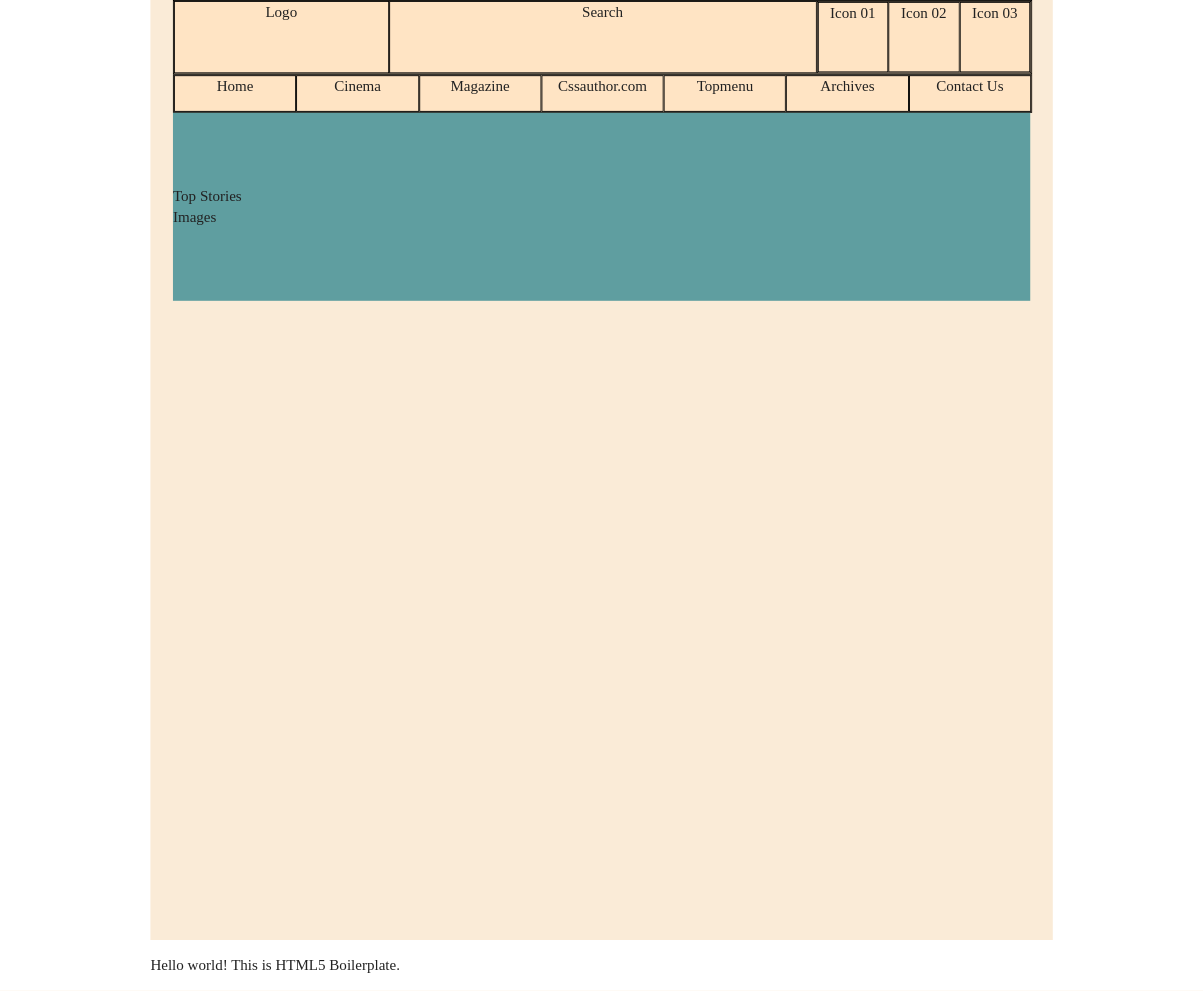
Repository: giovanabirck/cover-magazine-giovanabirck
Page: index.html
An editor plug-in stored every save of this project. The page is shown before and after the next save, followed by the edit.
The browser window is 1280 px wide. The pictures show the whole page, at 94% of full size.

Above is the page before, as saved 2023-01-13 17:22:48.

After the next save:
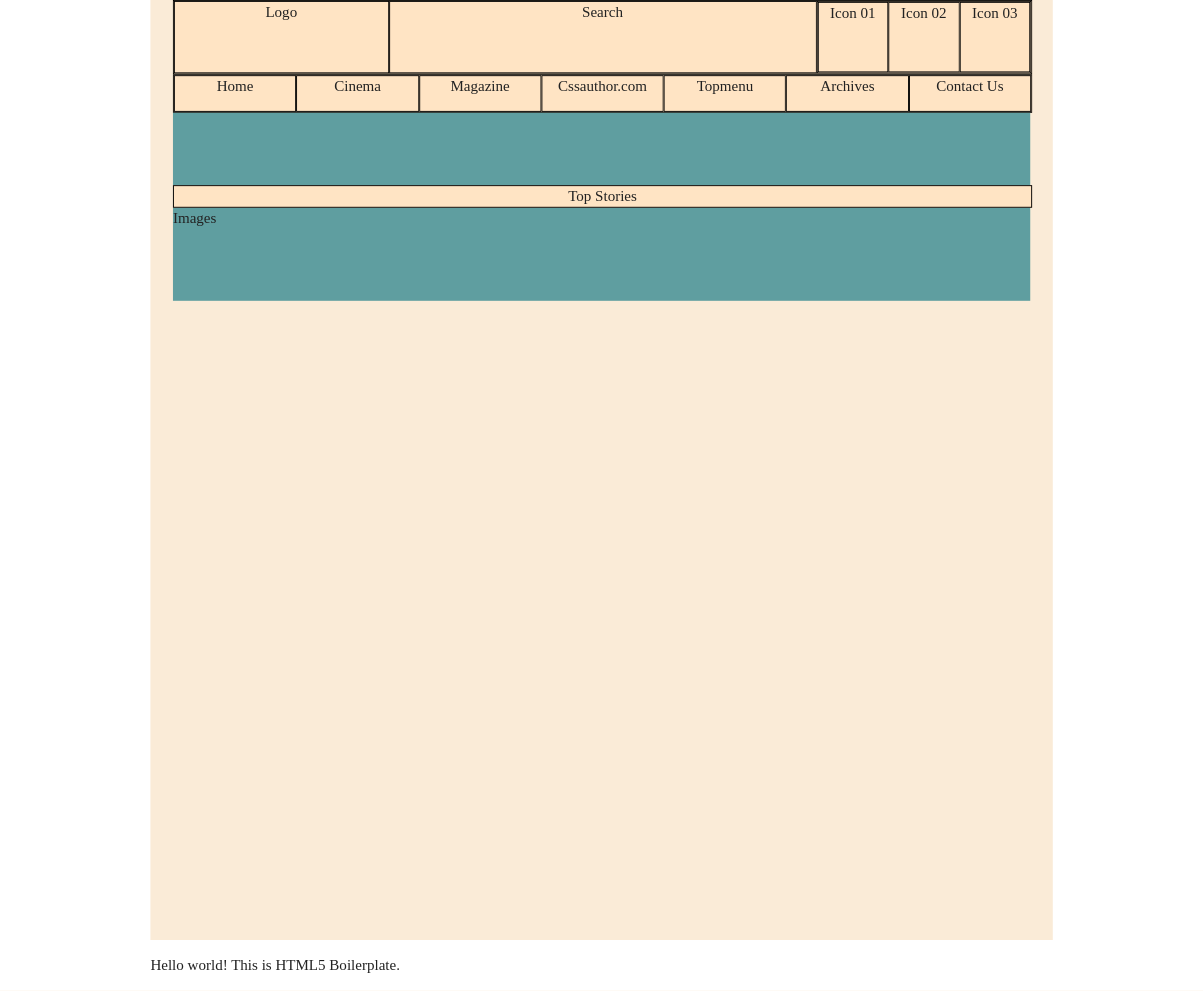
Saved 11 s later.
--- a/css/main.css
+++ b/css/main.css
@@ -343,7 +343,10 @@ textarea {
 }
 
 .featured-h1{
-
+  background-color: bisque;
+  border: solid 1px black;
+  width: 100%;
+  text-align: center;
 }
 
 .featured-stories{
